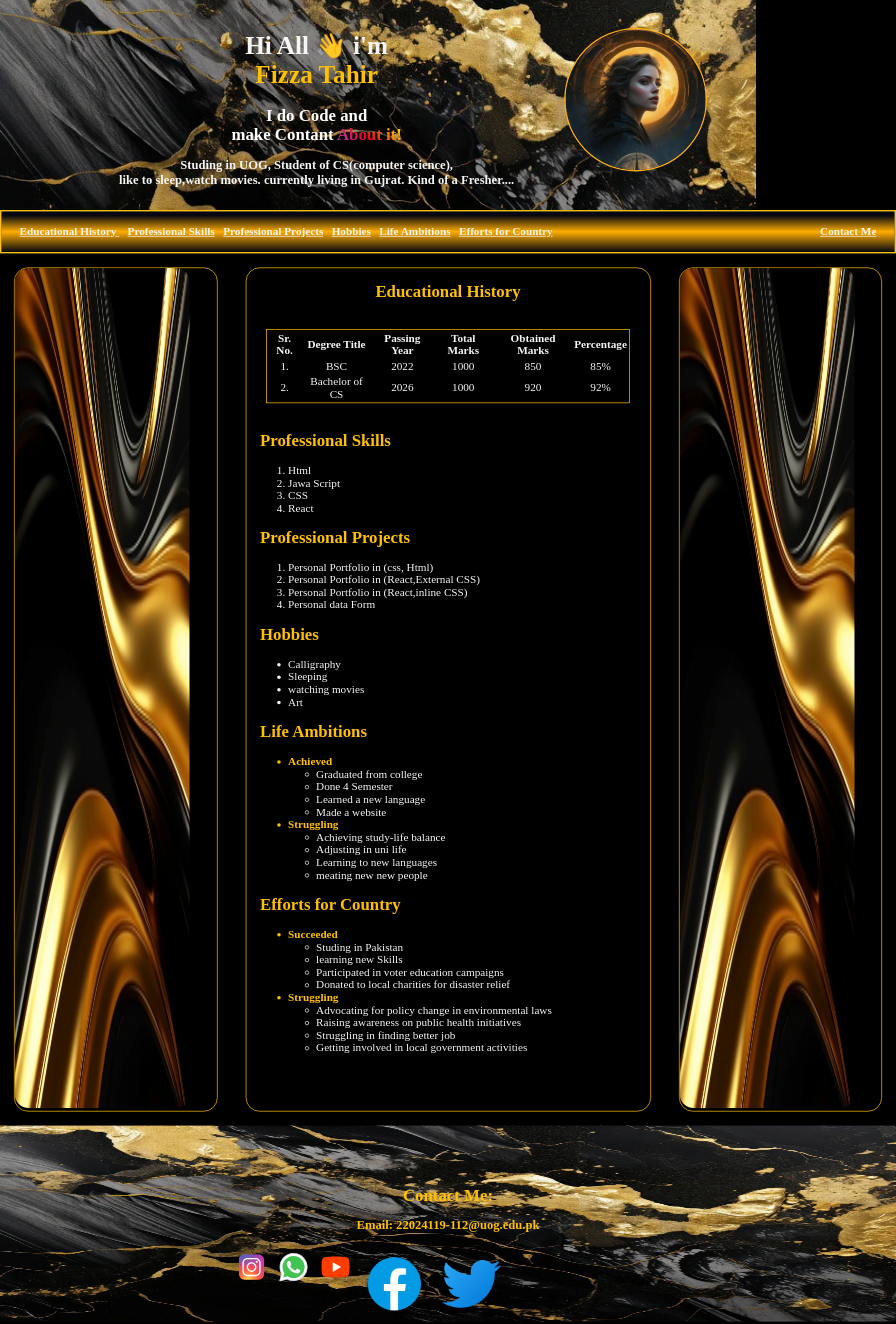
Repository: Fizza-112/project
Page: /
These files come from the project's save history. The page is drawn as it stood at one moment and after a run of saves; the edit follows.
The browser window is 1280 px wide. The pictures show the whole page, at 70% of full size.
The project was rebuilt for these pictures with package versions that can differ from the ones it lists, and the page was loaded fresh each time. Also part of the build but not shown: vite.config.ts.

Above is the page before, as saved 2024-09-20 13:45:51.

### src/App.tsx

import "./App.css"

import instaimg from "./components/icons8-insta.svg"
import whatsappimg from "./components/icons8-whatsapp.svg"
import youtubeimg from "./components/icons8-youtube.svg"
import facebookimg from "./components/facebook icon.png"
import twitterimg from "./components/twitter.png"
import marbelimg from "./components/marbel.webp"
import profimg from "./assets/WhatsApp Image 2024-09-20 at 8.07.10 AM.jpeg"
import sidedivimg from "./assets/sidediv.webp"

const App = () => {
  return (
    <>
    <header>
    <div className="header-container">
      {/* Base image */}
      <img
        className="base-image"
         src={marbelimg}
        alt="Profile"
      />

      {/* Content inside the header */}
      <div className="header-content">
        <h1 className="header-text"><b>Hi All 👋 i'm <br/><span className="nam"> Fizza Tahir</span> </b></h1>
        <div> <h2 className="contant">I do Code and<br/> make Contant <span className="span">About it!</span> </h2></div>
        <p className="sub-text">Studing in UOG, Student of CS(computer science),<br/>
        like to sleep,watch movies. currently living in Gujrat. Kind of a Fresher....</p>
      </div>

      {/* Another image (e.g., profile or other image) on the right side */}
      <img
        className="side-image"
         src={profimg}
        alt="Profile on Right"
      />
    </div>

  </header>


    <nav id="nav">
      <div>
  <a href='#EducationalHistory'>Educational History </a>
  <a href='#ProfessionalSkills'>Professional Skills</a>
  <a href="#ProfessionalProjects">Professional Projects</a>
  <a href="#Hobbies">Hobbies</a>
  <a href="#life-ambitions">Life Ambitions</a>
  <a href="#efforts-for-country">Efforts for Country</a>
  </div>
  <div>
  <a href="#Contact-Me">Contact Me</a>
  </div>
</nav>

<div className="div">
<div id="blank-div">
  <img className="leftdiv"src={sidedivimg} alt="img" />
</div>

<div id='main-contant'>

  <div id="EducationalHistory">

    <h2 className='nam'>Educational History</h2>
        <table>
            <thead >
                <tr>
                    <th>Sr. No.</th>
                    <th>Degree Title</th>
                    <th>Passing Year</th>
                    <th>Total Marks</th>
                    <th>Obtained Marks</th>
                    <th>Percentage</th>
                </tr>
            </thead>
            <tbody>
                <tr>
                    <td>1.</td>
                    <td>BSC</td>
                    <td>2022</td>
                    <td>1000</td>
                    <td>850</td>
                    <td>85%</td>
                </tr>
                <tr>
                    <td>2.</td>
                    <td>Bachelor of CS</td>
                    <td>2026</td>
                    <td>1000</td>
                    <td>920</td>
                    <td>92%</td>
                </tr>
            </tbody>
        </table>

  </div>

  <div id="ProfessionalSkills">
<h2 className='nam'>Professional Skills</h2>
<ol>
<li>Html</li>
<li>Jawa Script</li>
<li>CSS</li>
<li>React</li>
</ol>
   </div>

  <div id="ProfessionalProjects">
<h2 className='nam'>Professional Projects</h2>
<ol>
<li>Personal Portfolio in (css, Html)</li>
<li>Personal Portfolio in (React,External CSS)</li>
<li>Personal Portfolio in (React,inline CSS)</li>
<li>Personal data Form</li>
</ol>
   </div>

  <div id="Hobbies">
<h2 className='nam'>Hobbies</h2>
<ul>
<li>Calligraphy</li>
<li>Sleeping</li>
<li>watching movies</li>
<li>Art</li>
</ul>
   </div>

   <div id="life-ambitions">
    <h2 className='nam'>Life Ambitions</h2>
    <ul>
      <li className='nam'><b >Achieved</b></li>
      <ul>
        <li>Graduated from college</li>
        <li>Done 4 Semester </li>
        <li>Learned a new language</li>
        <li>Made a website </li>
      </ul>
      <li className='nam'><b >Struggling</b></li>
      <ul>
        <li>Achieving study-life balance</li>
        <li>Adjusting in uni life</li>
        <li>Learning to new languages</li>
        <li>meating new new people</li>
      </ul>
    </ul>
    </div>

    <div id="efforts-for-country">
    <h2 className='nam'>Efforts for Country</h2>
    <ul>
      <li className='nam'><b >Succeeded</b></li>
      <ul>
        <li>Studing in Pakistan</li>
        <li>learning new Skills</li>
        <li>Participated in voter education campaigns</li>
        <li>Donated to local charities for disaster relief</li>
      </ul>
      <li className='nam'><b >Struggling</b></li>
      <ul>
        <li>Advocating for policy change in environmental laws</li>
        <li>Raising awareness on public health initiatives</li>
        <li>Struggling in finding better job</li>
        <li>Getting involved in local government activities</li>
      </ul>
    </ul>
  </div>

  </div>
  <div id="end">
  <img className="rightdiv"src={sidedivimg} alt="img" />
  </div>
  </div>

<div id="Contact-Me">
  <footer>
  <div className="footer-container">
      {/* Base image for footer */}
      <img
       className="footer-image"
       src={marbelimg}
      alt="Profile"
      />

      {/* Footer content (heading and icons) */}
      <div className="footer-content">
        <h2 className="footer-heading">Contact Me:</h2>
        <h3 className="footer-email">Email: 22024119-112@uog.edu.pk</h3>

        {/* Social media icons */}
        <div className="social-icons">
        <a href="https://www.instagram.com/" target='_blank'><img src={instaimg} alt='icon' className='icons'></img></a>
  <a href="https://web.whatsapp.com/" target='_blank'><img src={whatsappimg} alt='icon' className='icons'></img></a>
  <a href="https://www.youtube.com/" target='_blank'><img src={youtubeimg} alt='icon' className='icons'></img></a>
  <a href="https://www.facebook.com/login/?next=https%3A%2F%2Fwww.facebook.com%2F" target='_blank'><img src={facebookimg} alt='icon' className='icons'></img></a>
  <a href="https://twitter.com/i/flow/login" target='_blank'><img src={twitterimg} alt='icon' className='icons'></img></a>

        </div>
      </div>
    </div>
    </footer>
  </div>
    </>
  )
}

export default App

### src/App.css
body{
  margin: 0px;
  padding: 0px;

  /* background-color:bisque;
  background-image: linear-gradient(19deg, bisque 0%, #989fff 100%);
   */
   /* background-color:bisque;
background-image: linear-gradient(62deg, bisque 0%, #945cfd 100%); */
/* background-color: #001886;
background-image: linear-gradient(43deg, #001886 0%, #05060f 46%, #001886  100%); */
background-color:black;



}
.header-container{
  display: flex;
  align-items: center;
  justify-content: center;
  width: 200%;
  height: 300px;
  /* color:aliceblue;
  background-color: #0c0c0c;
background-image: linear-gradient(43deg, gold 0%,#161516 46%, black 100%); */
position: relative;
max-width: 1080px;

}

.base-image{
  width: 200%;
  height: 300px;
 background-size:contain;
 object-fit: cover;
}
.header-content {
  position: absolute;
  top: 20px; /* Adjust padding from top */
  left: 20px; /* Adjust padding from left */
  color: white;

}
@media (max-width: 768px){
header{
  display: flex;
  align-items: center;
  justify-content: center;
  width: 100%;
  color:aliceblue;
  background-color: #001886;
  background-image: linear-gradient(180deg, #05060f 10%,#001886   50%, #05060f 100%);
/* background-image: linear-gradient(43deg, #001886 0%, #05060f 46%, #001886  100%);  */
max-width: 768px;
padding-left: 10px;
}
}

.header-text{
  /*
  /* color:#880808;
  color:#ffc000; */
 color: whitesmoke;
 text-align: center;
  font-size: 36px;
  font-weight: bold;
  margin-left: 150px;

}
.sub-text{
  color:whitesmoke;
  text-align: center;
  font-weight: 700;
  text-align: center !important;
  font-size: 18px;
  margin-left: 150px;
}
.contant{
  text-align: center;
  margin-left: 150px;
}
.span{

  background: -webkit-linear-gradient(43deg, #a241d0 0%, #f90118 46%, #fff500 100%);
  -webkit-background-clip: text;
  -webkit-text-fill-color: transparent;
}

.side-image{
  width: 200px;
  border-radius: 50%;
  margin-top: 20px;
  border:2px solid rgb(253, 171, 19);
  position: absolute;
  top: 20px;              /*  match header's top */
  right: 20px;             /* Position it on the right side */

  object-fit: cover; /* Maintain aspect ratio */
  display:block;
 margin-right: 50px;

}
.side-image:hover{
  border: 3px solid gold;
}
#nav{
  display: flex;
  align-items:center;
  justify-content: space-between;
   padding: 20px;
   background-color:  #001886;
   background-image: linear-gradient(180deg, #05060f 10%, rgb(255, 174, 0)   50%, #05060f 100%);
   /* background-image: linear-gradient(180deg, #001886 10%, #05060f 50%, #001886  100%); */
   /* background-color: #001886;
   background-image: linear-gradient(43deg, #001886 0%, #05060f 46%, #001886  100%);  */
  border: 2px solid #ffc000;
}
@media (max-width: 768px){
#nav{
  max-width: 798px;

  display: flex;
  align-items:center;
  justify-content: space-between;
   padding: 20px;
   background-color:  #001886;
   background-image: linear-gradient(180deg, #05060f 10%,#001886   50%, #05060f 100%);
   /* background-image: linear-gradient(180deg, #001886 10%, #05060f 50%, #001886  100%); */
   /* background-color: #001886;
   background-image: linear-gradient(43deg, #001886 0%, #05060f 46%, #001886  100%);  */
  border: 2px solid #ffc000;

}
}
.div{
  display: flex;


}
#blank-div{
width: 25%;
border: 1px solid #ffc000 ;
                    /*    left box contant border */
margin: 20px;
border-radius:20px;

}
.leftdiv{
  width:250px;
  height:1200px;
  border-radius:20px;
}
#main-contant{
  width: 50%;
  border: 1px solid #ffc000;      /*center contant border*/
  margin: 20px;
border-radius:20px;
}
#end{
  width: 25%;
  border: 1px solid #ffc000;     /*right contant border*/

  margin: 20px;
  border-radius:20px;

}
a{
  color: whitesmoke;
  margin: 6px;
  font-weight: 800;
}


table{
  border: 1px solid #ffc000;       /*table border*/
  justify-content:center;
  align-items:center;
  text-align: center;
 width: 90%;
  margin: 20px;
}
@media (max-width: 768px){
table{
  max-width: 768px;
  border: 1px solid #ffc000;       /*table border*/
  justify-content:center;
  align-items:center;
  text-align: center;
 width: 90%;
  margin: 20px;
}
}
#EducationalHistory{
  color:whitesmoke;
  width:100%;
  display:flex;
  flex-direction: column;
  justify-content: center;
  align-items:center;
}
#ProfessionalSkills{
  margin-left: 20px;
  color:whitesmoke;
}
#ProfessionalProjects{
  margin-left: 20px;
  color:whitesmoke;
}
#Hobbies{
  margin-left: 20px;
  color:whitesmoke;
}
#life-ambitions{
  margin-left: 20px;
  color:whitesmoke;
}
#efforts-for-country{
  margin-left: 20px;
  color:whitesmoke;
}
@media (max-width:768px){
#efforts-for-country{
  max-width: 768px;
  color:whitesmoke;
}
}
.nam{
  color:#ffc000;
}

.footer-container{
  text-align: center;
  /* background-color:  #001886;
background-image: linear-gradient(180deg, #05060f 10%,#001886   50%, #05060f 100%);
/*  */
  /* background-color: #001886;
  background-image: linear-gradient(43deg, #001886 0%, #05060f 46%, #001886  100%);  */
  color:whitesmoke;
  margin: 20px, 0px 0px, 0px;

  height: 150px;
  position: relative;
  width: 100%;
  margin-left: 0px;

}

.footer-image{
  width: 100%;
  height: 150px;
  margin-left: 0px;
  height: 280px;
  display: block;
}
.footer-content {
  position: absolute;
  top: 50%;
  left: 50%;
  transform: translate(-50%, -50%);
  color: white; /* White text for good contrast */
}

.footer-heading{
font-size: 24px;
  font-weight: bold;
  margin-bottom: 10px;
 color:#ffc000;
 padding-top: 200px;


}
.footer-email{
  color:#ffc000;
  font-size: 18px;
  margin-bottom: 20px;
}




.social-icons{

    display: flex;
    justify-content: center;
    width: 35px;
    height: auto;
}

.social-icons:hover{

  background: linear-gradient( #0f2027, #203a43,#2c5364);
}
.icon {
  width: 40px;
  height: 40px;
  margin: 0 10px; /* Space between icons */
  cursor: pointer;
  transition: transform 0.3s;
}
.rightdiv{
  width:250px;
  height:1200px;
  border-radius:20px;
}

Loaded but not shown: index.html (common file); src/main.tsx (common file); src/index.css (no stored copy; drawn as an empty file)

After the next 2 saves:
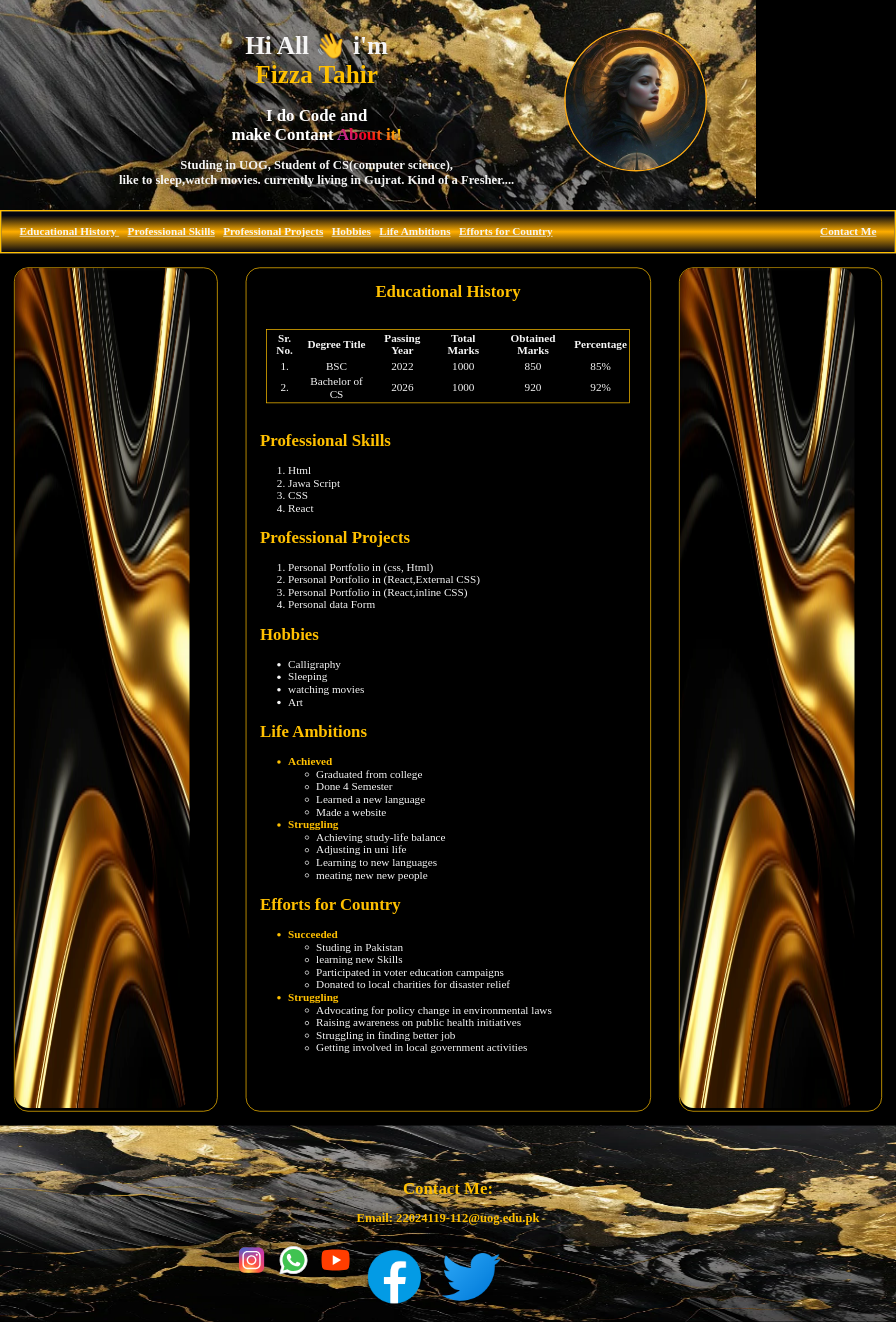
The 2 saves are shown as one change because they came seconds apart.
The last was saved 18 s later.
--- a/src/App.css
+++ b/src/App.css
@@ -265,7 +265,7 @@ font-size: 24px;
   font-weight: bold;
   margin-bottom: 10px;
  color:#ffc000;
- padding-top: 200px;
+ padding-top: 180px;
 
 
 }
